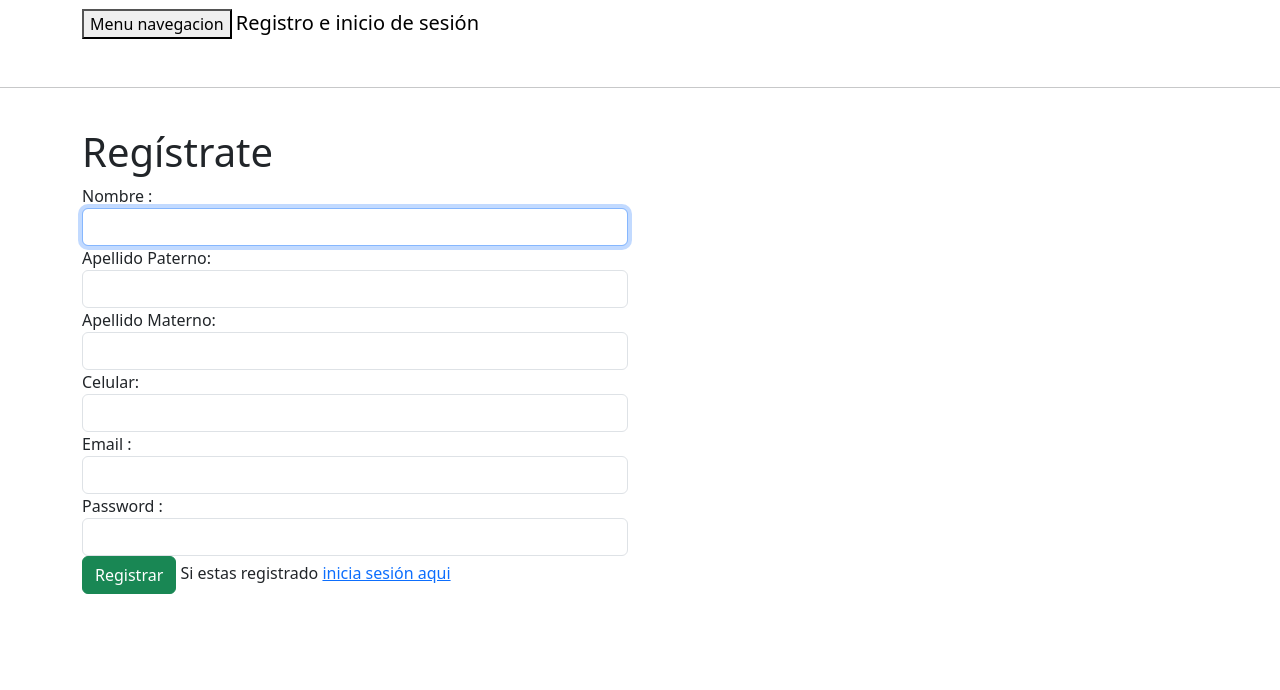
Repository: ronald30rlv/ProyectoLoginSecurityRegistroUsuarios
Page: http://localhost/registro
An editor plug-in stored every save of this project. The page is shown before and after the next save, followed by the edit.
The browser window is 1280 px wide. The pictures show the whole page.
The page is this project's Thymeleaf template; nobody is signed in. The template is opened directly, without the code that normally fills it, so the values that code supplies are empty.

Above is the page before, as saved 2023-05-03 14:58:49.

After the next save:
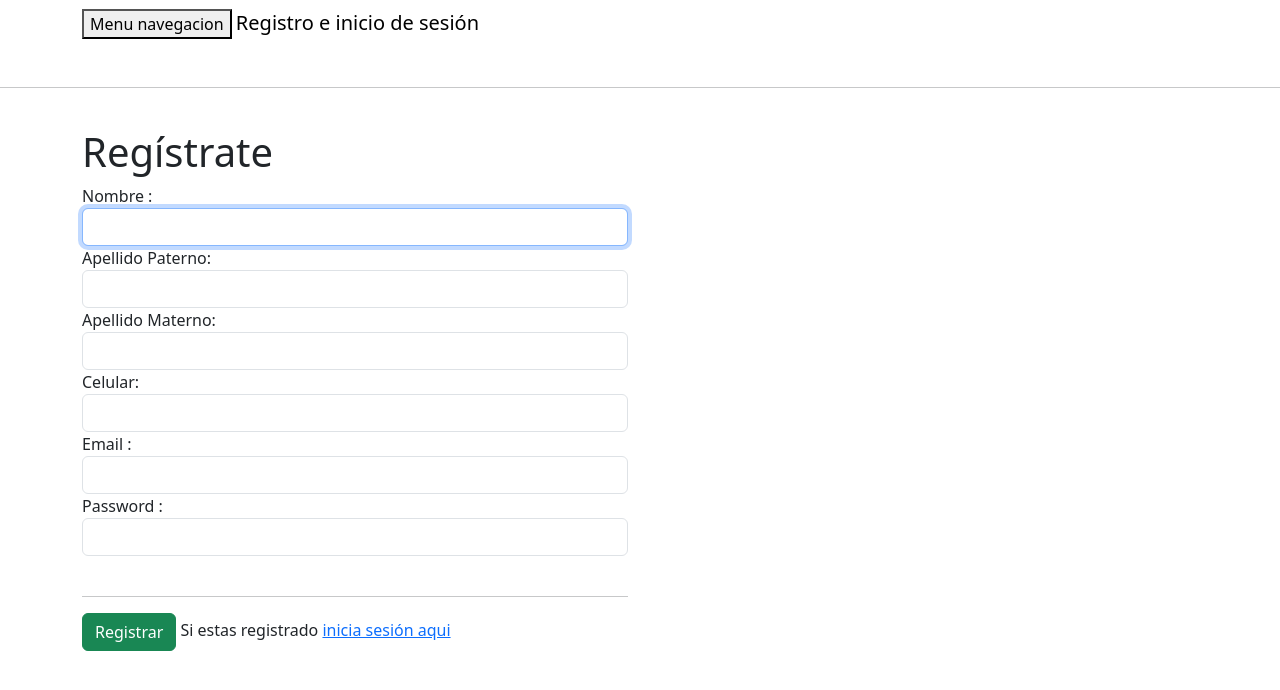
Saved 58 s later.
--- a/ApiRegistroUsuariosSecurity/src/main/resources/templates/registro.html
+++ b/ApiRegistroUsuariosSecurity/src/main/resources/templates/registro.html
@@ -63,7 +63,7 @@
 						<label class="control-label" for="password">Password : </label>
 						<input id="password" type="password" class="form-control" th:field="*{password}" required autofocus="autofocus">
 					</div>
-
+					<br><hr>
 					<div class="form-group">
 						<button type="submit" class="btn btn-success">Registrar</button>
 						<span>Si estas registrado <a th:href="@{/login}">inicia sesión aqui</a></span>
